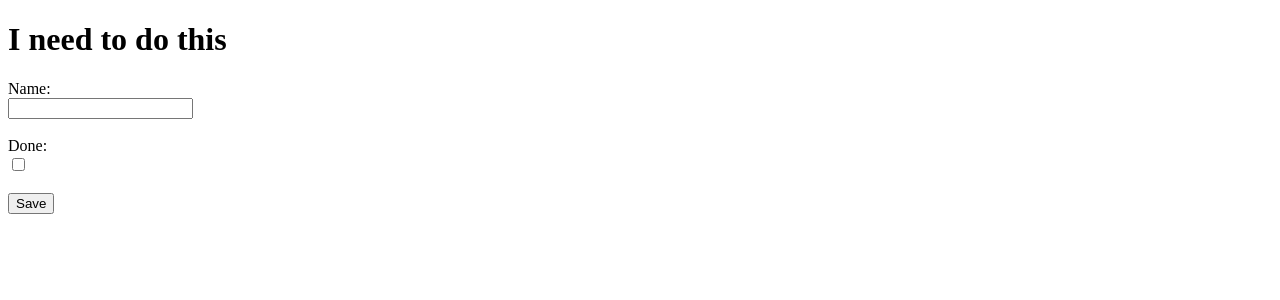
Repository: ai-ionascu/todo_list_django_app
Page: http://localhost/add
The author's editor kept a record of every edit. The page is drawn from the files as they stood at one moment, then again after the next edit.
The browser window is 1280 px wide. The pictures show the whole page.
The page is served by the project's application, run on Django 2.2 (manage.py). Other server files are loaded and not shown.

Above is the page before.

### todo/views.py
from django.shortcuts import render, HttpResponse, redirect, get_object_or_404
from .models import Item
from .forms import ItemForm

# Create your views here.

def get_todo_list(request):
    results = Item.objects.all()
    return render(request, "todo_list.html", {'items': results})

def create_an_item(request):
    if request.method == 'POST':
        form=ItemForm(request.POST, request.FILES)
        if form.is_valid:
            form.save()
            return redirect(get_todo_list)
    else:
        form=ItemForm()
    return render(request, 'item_form.html', {'form': form})

def edit_an_item(request,id):
    item = get_object_or_404(Item, pk=id)

    if request.method == 'POST':
        form = ItemForm(request.POST, instance=item)
        if form.is_valid:
            form.save()
            return redirect(get_todo_list)

    else:
        form = ItemForm(instance=item)

    return render(request, 'item_form.html', {'form': form})

def toggle_status(request, id):
    item = get_object_or_404(Item, pk=id)
    item.done = not item.done
    item.save()
    return redirect(get_todo_list)

### todo/templates/item_form.html
<!DOCTYPE html>
<html lang="en">
<head>
    <meta charset="UTF-8">
    <meta name="viewport" content="width=device-width, initial-scale=1.0">
    <meta http-equiv="X-UA-Compatible" content="ie=edge">
    <title>Document</title>
</head>
<body>

    <h1>I need to do this</h1>

    <form method='POST'>

        {% csrf_token %}

        <label for="id_name">Name:</label><br>
        <input type="text" id='id_name' name="name"/><br>
        <br>
        <label for="id_done">Done:</label><br>
        <input type="checkbox" id='id_done' name="done"/><br>
        <br>
        <button type='submit'>Save</button>
    </form>

</body>
</html>

### todo/forms.py
from django import forms
from .models import Item

class ItemForm(forms.ModelForm):
    class Meta:
        model = Item
        fields = ('name', 'done')

### todo/models.py
from django.db import models

# Create your models here.

class Item(models.Model):

    name = models.CharField(max_length=30, blank=False)
    done = models.BooleanField(blank=False, default=False)

    def __str__(self):
        return self.name

### django_todo/urls.py
"""django_todo URL Configuration

The `urlpatterns` list routes URLs to views. For more information please see:
    https://docs.djangoproject.com/en/1.11/topics/http/urls/
Examples:
Function views
    1. Add an import:  from my_app import views
    2. Add a URL to urlpatterns:  url(r'^$', views.home, name='home')
Class-based views
    1. Add an import:  from other_app.views import Home
    2. Add a URL to urlpatterns:  url(r'^$', Home.as_view(), name='home')
Including another URLconf
    1. Import the include() function: from django.conf.urls import url, include
    2. Add a URL to urlpatterns:  url(r'^blog/', include('blog.urls'))
"""
from django.conf.urls import url
from django.contrib import admin
from todo.views import get_todo_list, create_an_item, edit_an_item, toggle_status

urlpatterns = [
    url(r'^admin/', admin.site.urls),
    url(r'^$', get_todo_list),
    url(r'^add$', create_an_item),
    url(r'^edit/(?P<id>\d+)$', edit_an_item),
    url(r'^toggle/(?P<id>\d+)$', toggle_status)
]

After the next edit:
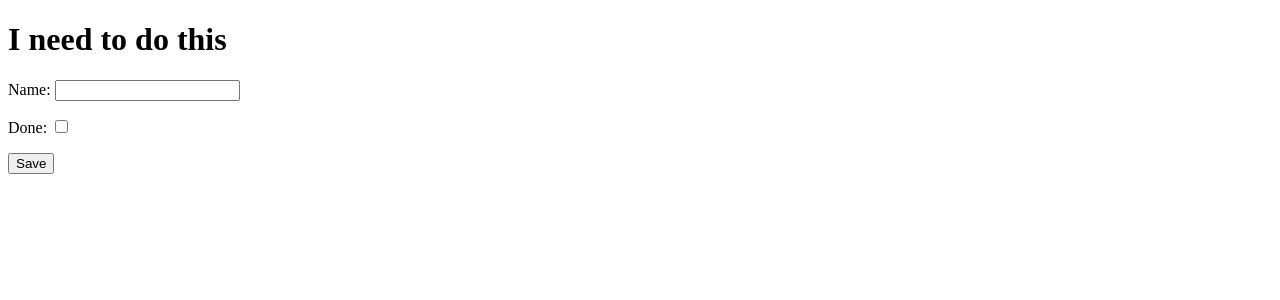
The edit:
--- a/todo/templates/item_form.html
+++ b/todo/templates/item_form.html
@@ -14,13 +14,10 @@
 
         {% csrf_token %}
 
-        <label for="id_name">Name:</label><br>
-        <input type="text" id='id_name' name="name"/><br>
-        <br>
-        <label for="id_done">Done:</label><br>
-        <input type="checkbox" id='id_done' name="done"/><br>
-        <br>
+        {{ form.as_p }}
+
         <button type='submit'>Save</button>
+
     </form>
 
 </body>
